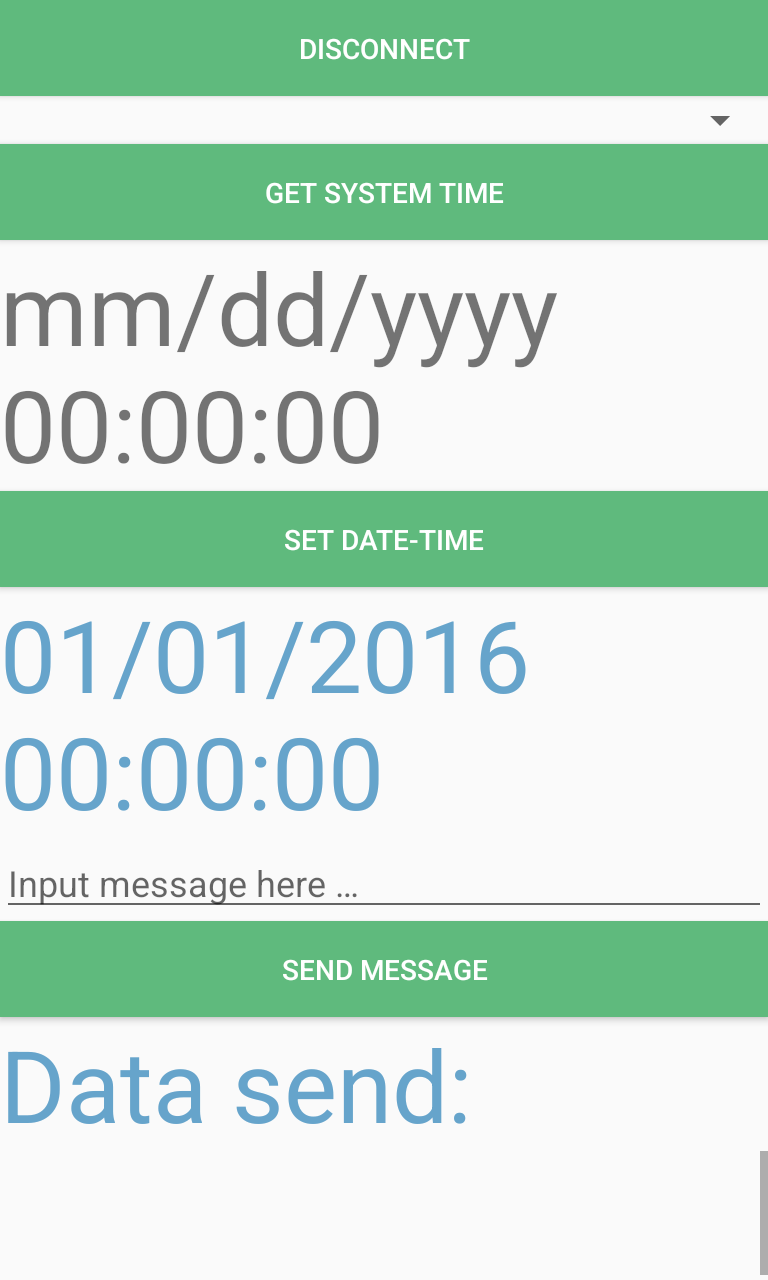
Repository: FisherKei/EclipseWorkspace
Layout: PIC_HC05_DS1307/PIC_HC06_DS1307/res/layout/timer_ds1307.xml
The author's editor kept a copy of each file at every save. The layout is drawn from the files as they stood at one save, then again after the next save.
It is drawn on a 768 x 1280 px phone screen (xhdpi) without system bars, with theme AppTheme; the app's code is not run.

Above is the layout before, as saved 2016-06-27 13:00:03.

### PIC_HC05_DS1307/PIC_HC06_DS1307/res/layout/timer_ds1307.xml
<LinearLayout xmlns:android="http://schemas.android.com/apk/res/android"
    xmlns:tools="http://schemas.android.com/tools"
    android:id="@+id/LinearLayout1"
    android:layout_width="match_parent"
    android:layout_height="match_parent"
    android:orientation="vertical" >

    <Button
        android:id="@+id/btnDisconnect"
        android:layout_width="match_parent"
        android:layout_height="wrap_content"
        android:background="#5FBA7D"
        android:textColor="#ffffff"
        android:text="@string/strBTDisconnect"/>

    <Spinner
        android:id="@+id/spinSetTimezone"
        android:layout_width="match_parent"
        android:layout_height="wrap_content" />

    <Button
        android:id="@+id/btnGetSysTime"
        android:layout_width="match_parent"
        android:layout_height="wrap_content"
        android:background="#5FBA7D"
        android:textColor="#ffffff"
        android:text="@string/strBtnGetSysTime"/>


    <TextView
        android:id="@+id/txtvSysTime"
        android:layout_width="wrap_content"
        android:layout_height="wrap_content"
        android:layout_gravity="center_horizontal"
        android:text="@string/strTimerVal"
        android:textSize="50sp" />

    <Button
        android:id="@+id/btnSetDateTime"
        android:layout_width="match_parent"
        android:layout_height="wrap_content"
        android:background="#5FBA7D"
        android:textColor="#ffffff"
        android:text="@string/strBtnSetDateTime"/>

    <TextView
        android:id="@+id/txtvTimeSelected"
        android:layout_width="wrap_content"
        android:layout_height="wrap_content"
        android:textColor="#66A4CB"
        android:layout_gravity="center_horizontal"
        android:text="@string/strInitialDateTime"
        android:textSize="50sp" />

    <EditText
        android:id="@+id/editMessage"
        android:layout_width="match_parent"
        android:layout_height="wrap_content"
        android:singleLine="true"
        android:hint="@string/strSendMessage"/>

    <Button
        android:id="@+id/btnSendMessage"
        android:layout_width="match_parent"
        android:layout_height="wrap_content"
        android:background="#5FBA7D"
        android:textColor="#ffffff"
        android:text="@string/strBtnSend"/>

    <TextView
        android:layout_width="match_parent"
        android:layout_height="wrap_content"
        android:textColor="#66A4CB"
        android:text="@string/strTxtvShowSendData"
        android:textSize="50sp" />

    <ScrollView
        android:layout_width="match_parent"
        android:layout_height="wrap_content">

        <TextView
            android:id="@+id/txtvMessages"
            android:layout_width="match_parent"
            android:layout_height="wrap_content"
            android:textSize="50sp"
            android:textColor="#66A4CB"
            android:text=""/>
    </ScrollView>


</LinearLayout>

### PIC_HC05_DS1307/PIC_HC06_DS1307/res/values/strings.xml
<?xml version="1.0" encoding="utf-8"?>
<resources>

    <string name="app_name">PIC_HC06_DS1307</string>
    <string name="action_settings">Settings</string>
    <string name="title_activity_led_control">ledControl</string>
	<string name="strTimerVal">mm/dd/yyyy 00:00:00</string>
    <string name="strBtnGetSysTime">Get System Time</string>
    <string name="strBtnSetDateTime">Set Date-Time</string>
    <string name="strInitialDateTime">01/01/2016 00:00:00</string>
    <string name="strTxtvShowSendData">Data send:</string>
    <string name="strTabDate">DATE</string>
    <string name="strTabTime">TIME</string>
    <string name="strBTDisconnect">Disconnect</string>
    <string name="strSendMessage">Input message here &#8230;</string>
    <string name="strBtnSend">Send message</string>
    <string name="strBtnPaired">Paired Devices</string>

</resources>

Loaded but not shown: PIC_HC05_DS1307/PIC_HC06_DS1307/res/values/styles.xml (common file); PIC_HC05_DS1307/PIC_HC06_DS1307/res/values-v11/styles.xml (common file); PIC_HC05_DS1307/PIC_HC06_DS1307/res/values-v14/styles.xml (common file)

After the next save:
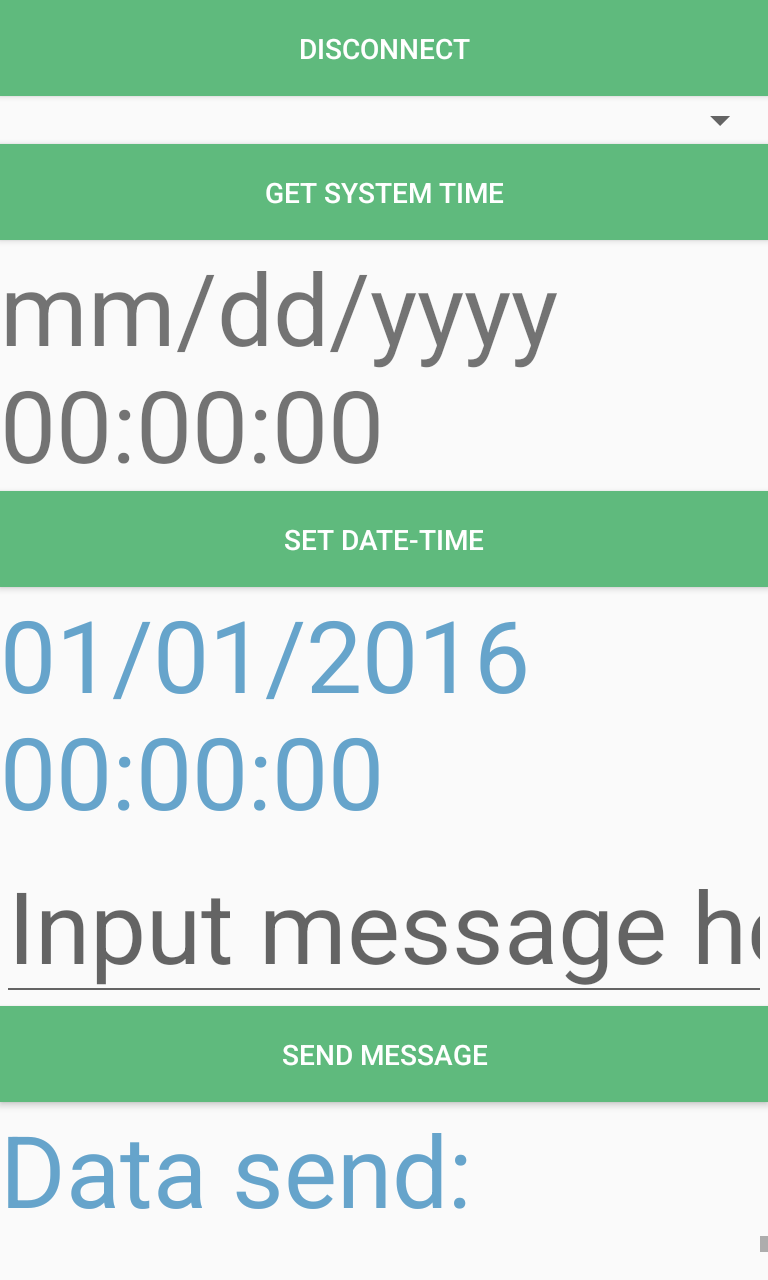
Saved 14 s later.
--- a/PIC_HC05_DS1307/PIC_HC06_DS1307/res/layout/timer_ds1307.xml
+++ b/PIC_HC05_DS1307/PIC_HC06_DS1307/res/layout/timer_ds1307.xml
@@ -57,6 +57,7 @@
         android:layout_width="match_parent"
         android:layout_height="wrap_content"
         android:singleLine="true"
+        android:textSize="50sp"
         android:hint="@string/strSendMessage"/>
 
     <Button
